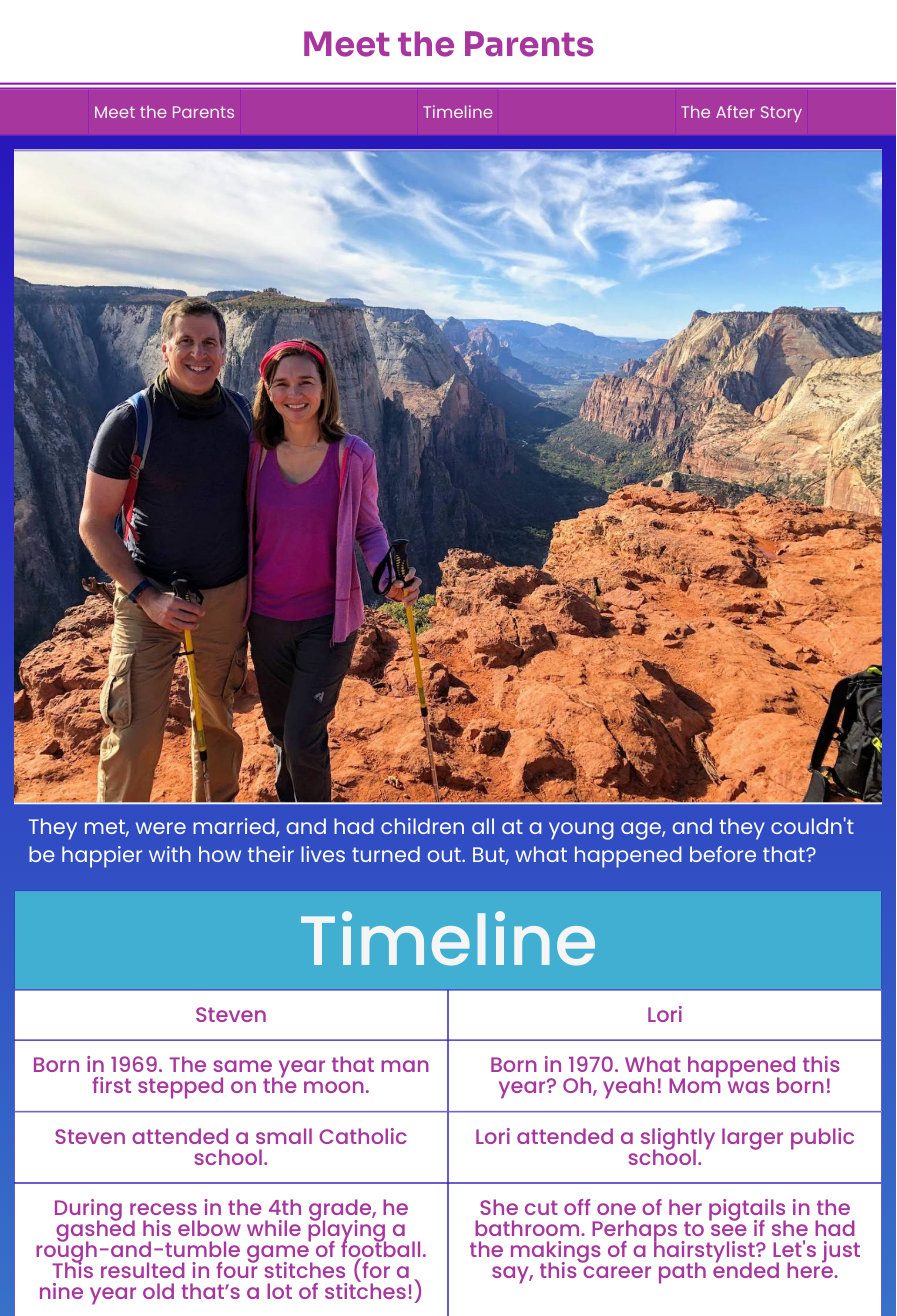
Repository: Sbethm/parents-tribute
Page: timeline.html
An editor plug-in stored every save of this project. The page is shown before and after the next save, followed by the edit.
The browser window is 1280 px wide. The page is 1282 px wide, so the pictures cover 1282 px, including what lies to the right of the window. The pictures show the part of the page from y = 0 to 1880 px (the page is 3320 px tall), at 70% of full size.

Above is the page before, as saved 2021-02-11 17:36:23.

### timeline.html
<!DOCTYPE html>
<html>
    <head>
      <meta charset="UTF-8">
      <title>Meet the Parents</title>
      <meta name="description" content="A choose your own story adventure game">
      <meta name="viewport" content="width=device-width, initial-scale=1.0">
      <link rel="preconnect" href="https://fonts.gstatic.com">
      <link href="https://fonts.googleapis.com/css2?family=Poppins:ital,wght@0,400;0,500;0,600;0,700;0,800;0,900;1,400;1,500;1,600;1,700;1,800;1,900&family=Sora:wght@400;500;600;700;800&display=swap" rel="stylesheet"> <!--
        This is used for headings:
        font-family: 'Sora', sans-serif;
        This is used for content:
        font-family: 'Poppins', sans-serif;-->
      <link href="style.css" type="text/css" rel="stylesheet">
    </head>

    <body>

      <header>
        <h1>Meet the Parents</h1>
        <nav class="navigation">
          <a href="index.html">Meet the Parents</a>
          <a href="timeline.html">Timeline</a>
          <a href="aftermarriage.html">The After Story</a>
          </nav>
      </header>
      <main>
        <section>
            <img class="img-hiking"src="img/hiking.jpg" alt="Mom and dad enjoying a hike.">
            <p>They met, were married, and had children all at a young age, and they couldn't be happier with how their lives turned out. But, what happened before that?</p>
        </section>
        <div class="grid">
            <div class="grid-box tl">Timeline</div>
            <div class="grid-box dad">Steven</div>
            <div class="grid-box mom">Lori</div>
            <!---------Dad's Grid Boxes---------->
            <div class="grid-box f-1">Born in 1969. The same year that man  first stepped on the moon.</div>
            <div class="grid-box f-2">Steven attended a small Catholic school.</div>
            <div class="grid-box f-3">During recess in the 4th grade, he gashed his elbow while playing a rough-and-tumble game of football. This resulted in four stitches (for a nine year old that’s a lot of stitches!)</div>
            <div class="grid-box f-4">When he was thirteen, he camped in the backyard and stayed up all night.</div>
            <div class="grid-box f-5">He ran his first high school track meet, the 100 yard dash, and won third place. For the first track meet, that's not too shabby!</div>
            <div class="grid-box f-6">He was in a car accident, "not his fault", which lead to more stitches but this time in his forehead. Because of this, he had to sit out his senior year homecoming football game.</div>
            <div class="grid-box f-7">Having the lead role as Jesus during my high school senior year. It was the first annual Easter Passion play the school performed.</div>
            <div class="grid-box f-8">I remember a dream I had where I met a beautiful girl, at a homecoming dance, who I eventually married and we had two terrific kids who eventually married and gave me two more kids to enjoy time with.</div>
            <!---------Mom's Grid Boxes---------->
            <div class="grid-box m-1">Born in 1970. What happened this year? Oh, yeah! Mom was born!</div>
            <div class="grid-box m-2">Lori attended a slightly larger public school.</div>
            <div class="grid-box m-3">She cut off one of her pigtails in the bathroom. Perhaps to see if she had the makings of a hairstylist? Let's just say, this career path ended here.</div>
            <div class="grid-box m-4">She had skied half of a bunny slope when she realized this daredevil sport wasn't for her.</div>
            <div class="grid-box m-5">She performed the lead role in a junior high school play.</div>
            <div class="grid-box m-6">After a white knuckled horse ride in the Appalachians, she discovered that she was not meant to lead a life of adventure</div>
            <div class="grid-box m-7">made camps with her cousins in the Ritchie woods.</div>
            <div class="grid-box m-8">made camps with her cousins in the Ritchie woods.</div>
            <!--------After They Met Boxes------->
            <div class="grid-box fm-1">Met in ____ when Steven was 21 and Lori was 19 years old.</div>
            <div class="grid-box fm-2">At the age of 21, Lori gave birth to Sarah (me!).</div>
            <div class="grid-box fm-3">One year later (obviously not satisfied with their first child) Lori and Steven had their second child, a son named John.</div>
        </div>
      </main>
      <footer>
        <img class="icon" src="img/profile_icon.png" alt="profile icon">
        Sarah Moosa
        <br><br>
        <img class="icon" src="img/home_icon.png" alt="home icon">
        Meet the Parents
      </footer>
    </body>

</html>

### style.css
/*
html5doctor.com Reset Stylesheet
v1.6.1
Last Updated: 2010-09-17
Author: Richard Clark - http://richclarkdesign.com
Twitter: @rich_clark
*/

html, body, div, span, object, iframe,
h1, h2, h3, h4, h5, h6, p, blockquote, pre,
abbr, address, cite, code,
del, dfn, em, img, ins, kbd, q, samp,
small, strong, sub, sup, var,
b, i,
dl, dt, dd, ol, ul, li,
fieldset, form, label, legend,
table, caption, tbody, tfoot, thead, tr, th, td,
article, aside, canvas, details, figcaption, figure,
footer, header, hgroup, menu, nav, section, summary,
time, mark, audio, video {
    margin:0;
    padding:0;
    border:0;
    outline:0;
    font-size:100%;
    vertical-align:baseline;
    background:transparent;
}

body {
    line-height:1;
}

article,aside,details,figcaption,figure,
footer,header,hgroup,menu,nav,section {
    display:block;
}

nav ul {
    list-style:none;
}

blockquote, q {
    quotes:none;
}

blockquote:before, blockquote:after,
q:before, q:after {
    content:'';
    content:none;
}

a {
    margin:0;
    padding:0;
    font-size:100%;
    vertical-align:baseline;
    background:transparent;
}

/* change colours to suit your needs */
ins {
    background-color:#ff9;
    color:#000;
    text-decoration:none;
}

/* change colours to suit your needs */
mark {
    background-color:#ff9;
    color:#000;
    font-style:italic;
    font-weight:bold;
}

del {
    text-decoration: line-through;
}

abbr[title], dfn[title] {
    border-bottom:1px dotted;
    cursor:help;
}

table {
    border-collapse:collapse;
    border-spacing:0;
}

/* change border colour to suit your needs */
hr {
    display:block;
    height:1px;
    border:0;
    border-top:1px solid #cccccc;
    margin:1em 0;
    padding:0;
}

input, select {
    vertical-align:middle;
}

/* MY CODE BELOW */

body {
    width: 100vw;
}

main {
    width: calc(100vw - 40px);
    height: 100%;
    padding: 20px 20px;
    background-color: rgb(255, 255, 255);
}

header {
    width: 100vw;
    padding-top: 40px;
    color: rgb(168, 54, 159);
    background-color: rgb(255, 255, 255);
    display: flex;
    flex-direction: column;
    justify-content: center;
}

h1 {
    width: 100%;
    font-family: 'Sora', sans-serif;
    font-size: 3em;
    font-weight: 700;
    text-align: center;
    border-bottom: double 10px rgb(140, 23, 187);
    padding-bottom: 30px;
}

.navigation {
    width: 100%;
    background-color: rgb(168, 54, 159);
    text-align: center;
    border-bottom: solid 1px rgb(140, 23, 187);
    display: flex;
    flex-direction: row;
    justify-content: space-around;
}

a {
    padding: 20px 7px;
    background-color: rgb(168, 54, 159);
    font-family: 'Poppins', sans-serif;
    font-size: 1em;
    color: whitesmoke;
    text-decoration: none;
    border-left: solid 1px rgb(140, 23, 187);
    border-right: solid 1px rgb(140, 23, 187);
}

a:hover {
    background-color: wheat;
}

section {
    width: 100%;
    background-color: rgb(65, 175, 209);
    border: solid 1px rgb(40, 23, 187);
}

h2 {
    max-width: 100%;
    padding: 10px 20px;
    font-family: 'Sora', sans-serif;
    font-size: 1.5em;
    font-weight: 600;
    color: rgb(168, 54, 159);
}

.disney-adventure__img,
.img-sitting,
.img-hiking {
    max-width: 100%;
    height: auto;
    justify-content: center;
    align-content: center;
    border-top: solid 3px whitesmoke;
    border-bottom: solid 3px whitesmoke;
}

p {
    padding: 10px 20px;
    font-family: 'Poppins', sans-serif;
    font-size: 1em;
    line-height: 20px;
    color: rgb(255, 255, 255);
}

.grid {
    display: grid;
    margin: 20px 0;
    grid-template-columns: 1fr 1fr;
    grid-template-rows: repeat(13, fit-content);
    grid-template-areas:
        "tl tl"
        "dad mom"
        "f-1 m-1"
        "f-2 m-2"
        "f-3 m-3"
        "f-4 m-4"
        "f-5 m-5"
        "f-6 m-6"
        "f-7 m-7"
        "f-8 m-8"
        "fm-1 fm-1"
        "fm-2 fm-2"
        "fm-3 fm-3";
}

.grid-box {
    border: solid 1px rgb(40, 23, 187);
    background-color: rgb(255, 255, 255);
    padding: 5px;
    color: rgb(168, 54, 159);
    text-align: center;
    font-family: 'Poppins', sans-serif;
    font-weight: 500;
    font-size: 1em;
}

.tl {
    grid-area: tl;
    font-size: 1.5em;
    font-weight: 500;
    color: whitesmoke;
    background-color: rgb(65, 175, 209);
}
.dad {
    grid-area: dad;
}

.mom {
    grid-area: mom;
}

.f-1 {
    grid-area: f-1;
}

.f-2 {
    grid-area: f-2;

}

.f-3 {
    grid-area: f-3;

}

.f-4 {
    grid-area: f-4;

}

.f-5 {
    grid-area: f-5;

}

.f-6 {
    grid-area: f-6;

}

.f-7 {
    grid-area: f-7;

}

.f-8 {
    grid-area: f-8;

}

.m-1 {
    grid-area: m-1;
}

.m-2 {
    grid-area: m-2;
}

.m-3 {
    grid-area: m-3;
}

.m-4 {
    grid-area: m-4;
}

.m-5 {
    grid-area: m-5;
}

.m-6 {
    grid-area: m-6;
}

.m-7 {
    grid-area: m-7;
}

.m-8 {
    grid-area: m-8;
}

.fm-1 {
    grid-area: fm-1;
}

.fm-2 {
    grid-area: fm-2;
}

.fm-3 {
    grid-area: fm-3;
}

footer {
    width: calc(100vw - 40px);
    height: 100px;
    padding: 40px 20px 0 20px;
    position: relative;
    bottom: 0;
    font-family: 'Poppins', sans-serif;
    font-size: 1em;
    font-weight: 500;
    border: solid 1px rgb(40, 23, 187);
}

.icon {
    width: 20px;
    height: auto;
}


@media screen and (min-width: 700px) and (max-width: 1500px) {

    main {
        background-image: linear-gradient(180deg, rgb(40, 23, 187), rgb(65, 175, 209));
    }

    a {
        font-size: 1.5em;
    }
    p {
        padding: 0;
        font-family: 'Poppins', sans-serif;
        font-size: 0.25em;
        line-height: 20px;
        color: rgb(255, 255, 255);
    }

    section {
        width: 100%;
        background-color: rgb(40, 23, 187, 0);
        border: none;
    }

    .section__intro {
        display: grid;
        grid-template-columns: 50% 50%;
        grid-template-rows: 100px 400px;
        grid-template-areas:
            "title p1"
            "picture p2";
    }

    section h2 {
        grid-area: title;
        align-self: center;
        justify-self: center;
    }

    h2 {
        font-size: 2.5em;
        color: rgb(243, 101, 231);
    }

    .img-sitting {
        max-height: 360px;
        margin-bottom: 20px;
        border: double 3px whitesmoke;
        grid-area: picture;
        justify-self: center;
        align-self: center;
    }

    .p1 {
        align-self: flex-start;
        grid-area: p2;
        font-size: 1.5em;
        padding-left: 40px;
    }

    .p2 {
        align-self: flex-end;
        grid-area: p2;
        font-size: 1.5em;
        padding-left: 40px;
        padding-bottom: 30px;
    }

    p {
        padding: 10px 20px;
        font-family: 'Poppins', sans-serif;
        font-size: 30px;
        line-height: 40px;
        color: rgb(255, 255, 255);
    }

/*TIMELINE CODE*/

.img-hiking {
    max-width: 100%;
    height: auto;
    justify-content: center;
    align-content: center;
    border-top: double 3px whitesmoke;
    border-bottom: solid 3px whitesmoke;
}

    .grid {
        display: grid;
        margin: 20px 0;
        grid-template-columns: 1fr 1fr;
        grid-template-rows: repeat(13, fit-content);
        grid-template-areas:
            "tl tl"
            "dad mom"
            "f-1 m-1"
            "f-2 m-2"
            "f-3 m-3"
            "f-4 m-4"
            "f-5 m-5"
            "f-6 m-6"
            "f-7 m-7"
            "f-8 m-8"
            "fm-1 fm-1"
            "fm-2 fm-2"
            "fm-3 fm-3";
    }

    .grid-box {
        border: solid 1px rgb(40, 23, 187);
        background-color: rgb(255, 255, 255);
        padding: 20px;
        color: rgb(168, 54, 159);
        text-align: center;
        font-family: 'Poppins', sans-serif;
        font-weight: 500;
        font-size: 30px;
    }

    .tl {
        grid-area: tl;
        font-size: 100px;
        font-weight: 500;
        color: whitesmoke;
        background-color: rgb(65, 175, 209);
    }
    .dad {
        grid-area: dad;
    }

    .mom {
        grid-area: mom;
    }

    .f-1 {
        grid-area: f-1;
    }

    .f-2 {
        grid-area: f-2;

    }

    .f-3 {
        grid-area: f-3;

    }

    .f-4 {
        grid-area: f-4;

    }

    .f-5 {
        grid-area: f-5;

    }

    .f-6 {
        grid-area: f-6;

    }

    .f-7 {
        grid-area: f-7;

    }

    .f-8 {
        grid-area: f-8;

    }

    .m-1 {
        grid-area: m-1;
    }

    .m-2 {
        grid-area: m-2;
    }

    .m-3 {
        grid-area: m-3;
    }

    .m-4 {
        grid-area: m-4;
    }

    .m-5 {
        grid-area: m-5;
    }

    .m-6 {
        grid-area: m-6;
    }

    .m-7 {
        grid-area: m-7;
    }

    .m-8 {
        grid-area: m-8;
    }

    .fm-1 {
        grid-area: fm-1;
    }

    .fm-2 {
        grid-area: fm-2;
    }

    .fm-3 {
        grid-area: fm-3;
    }

    footer {
        width: calc(100vw - 40px);
        height: 200px;
        padding: 80px 20px 0 20px;
        font-family: 'Poppins', sans-serif;
        font-size: 40px;
        font-weight: 500;
        border: solid 1px rgb(40, 23, 187);
    }

    .icon {
        width: 40px;
        height: auto;
    }
}

/*@media only screen and (min-width: 900px) {
}*/

After the next save:
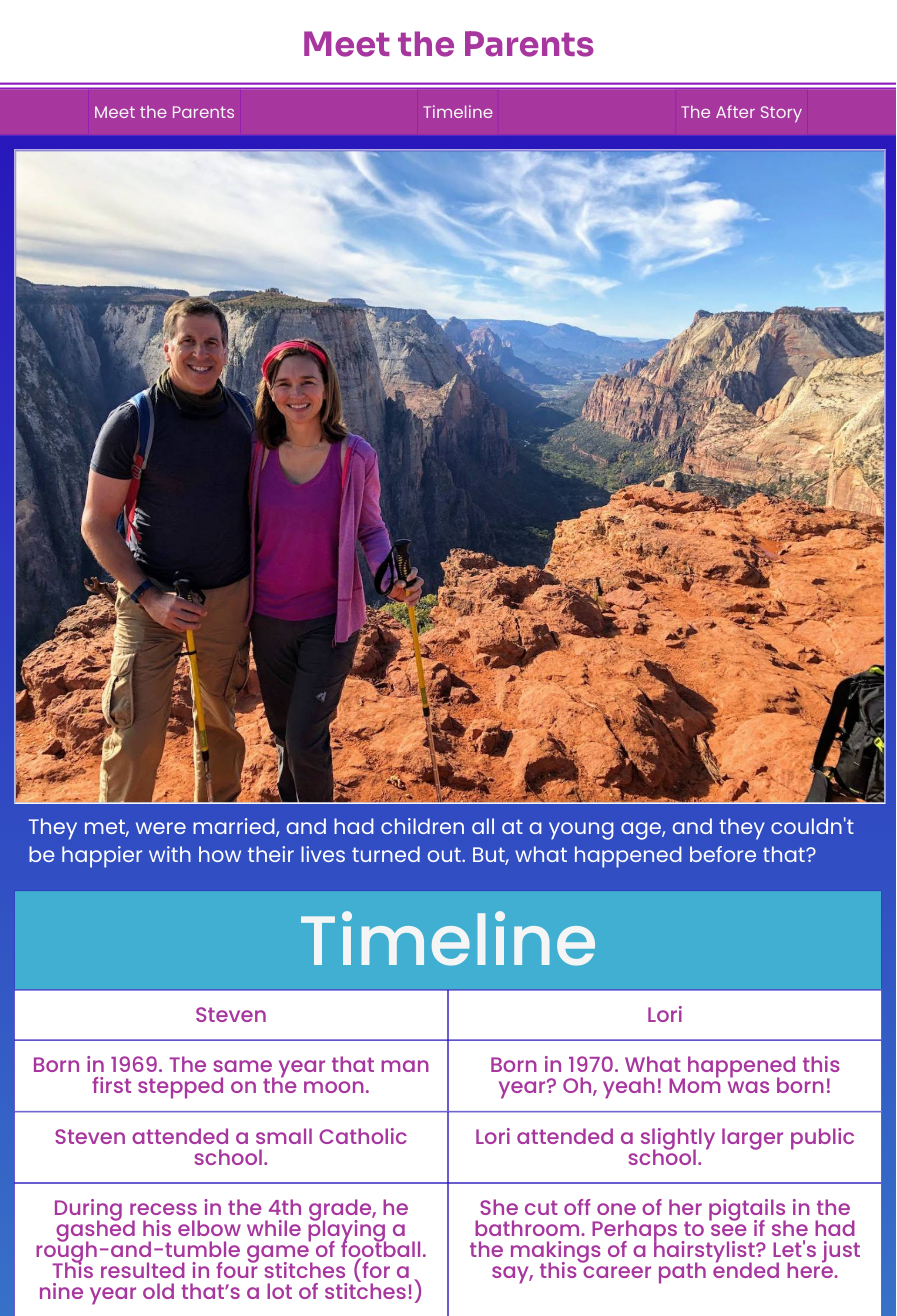
Saved 27 s later.
--- a/style.css
+++ b/style.css
@@ -423,7 +423,7 @@ footer {
     height: auto;
     justify-content: center;
     align-content: center;
-    border-top: double 3px whitesmoke;
+    border: double 3px whitesmoke;
     border-bottom: solid 3px whitesmoke;
 }
 
